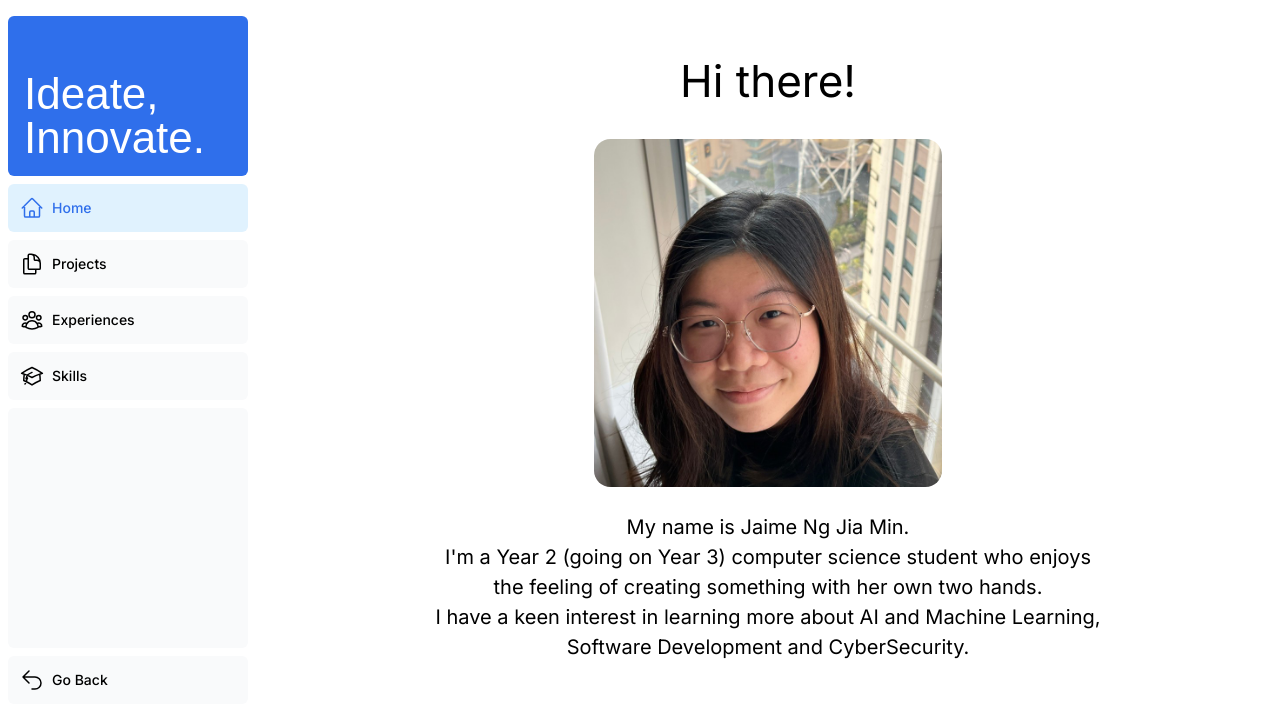
Repository: ThatGirlJam/jaime-portfolio
Page: /dashboard
An editor plug-in stored every save of this project. The page is shown before and after the next save, followed by the edit.
The browser window is 1280 px wide. The pictures show the whole page.
Some web fonts or font styles are not loaded; a fallback is used. The project was rebuilt for these pictures with package versions that can differ from the ones it lists, and the page was loaded fresh each time. The framework's server and built-in components were replaced by stand-ins that run in the browser. Also part of the build but not shown: next.config.js.

Above is the page before, as saved 2024-04-10 00:29:30.

After the next save:
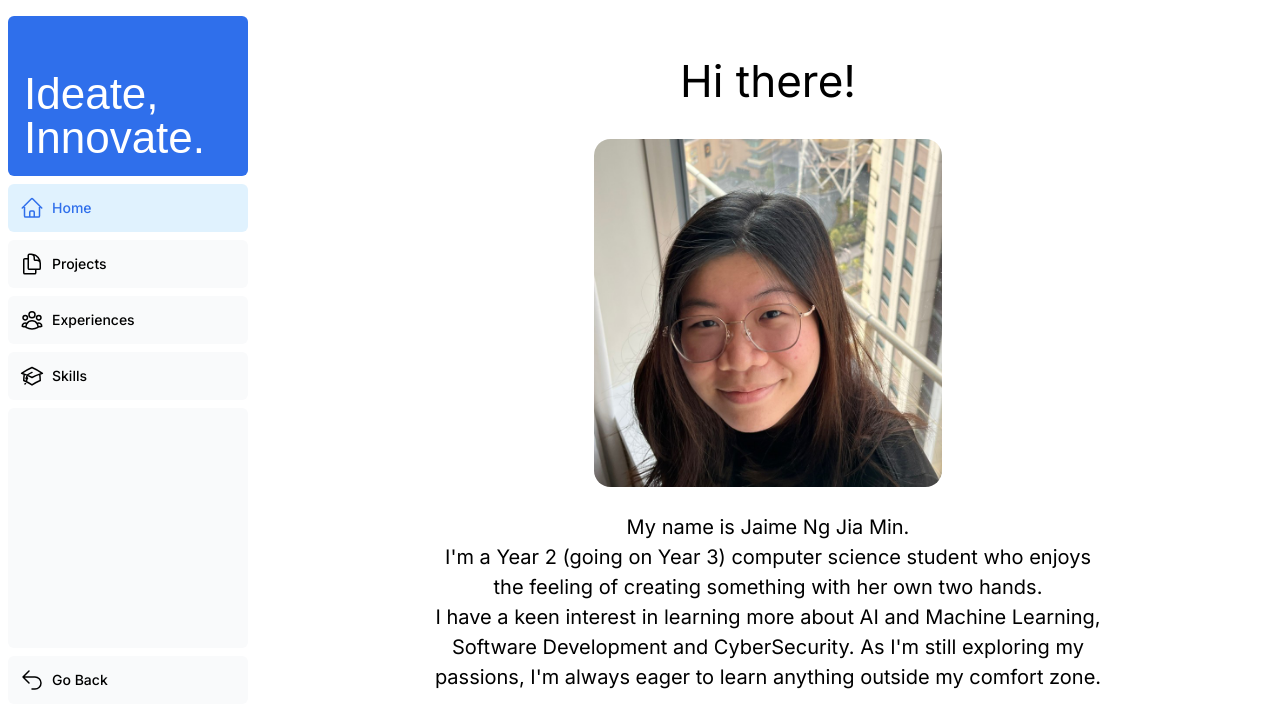
Saved 52 s later.
--- a/app/dashboard/page.tsx
+++ b/app/dashboard/page.tsx
@@ -31,7 +31,8 @@ export default function Page() {
       <div className="max-w-2xl mx-auto"> {/* Apply mx-auto class to horizontally center the div */}
         <p className="text-[20px]">
           I'm a Year 2 (going on Year 3) computer science student who enjoys the feeling of creating something with her own two hands. <br/>
-          I have a keen interest in learning more about AI and Machine Learning, Software Development and CyberSecurity. <br/>
+          I have a keen interest in learning more about AI and Machine Learning, Software Development and CyberSecurity. As I'm still exploring my passions, I'm
+          always eager to learn anything outside my comfort zone.
         </p>
       </div>
     </div>
